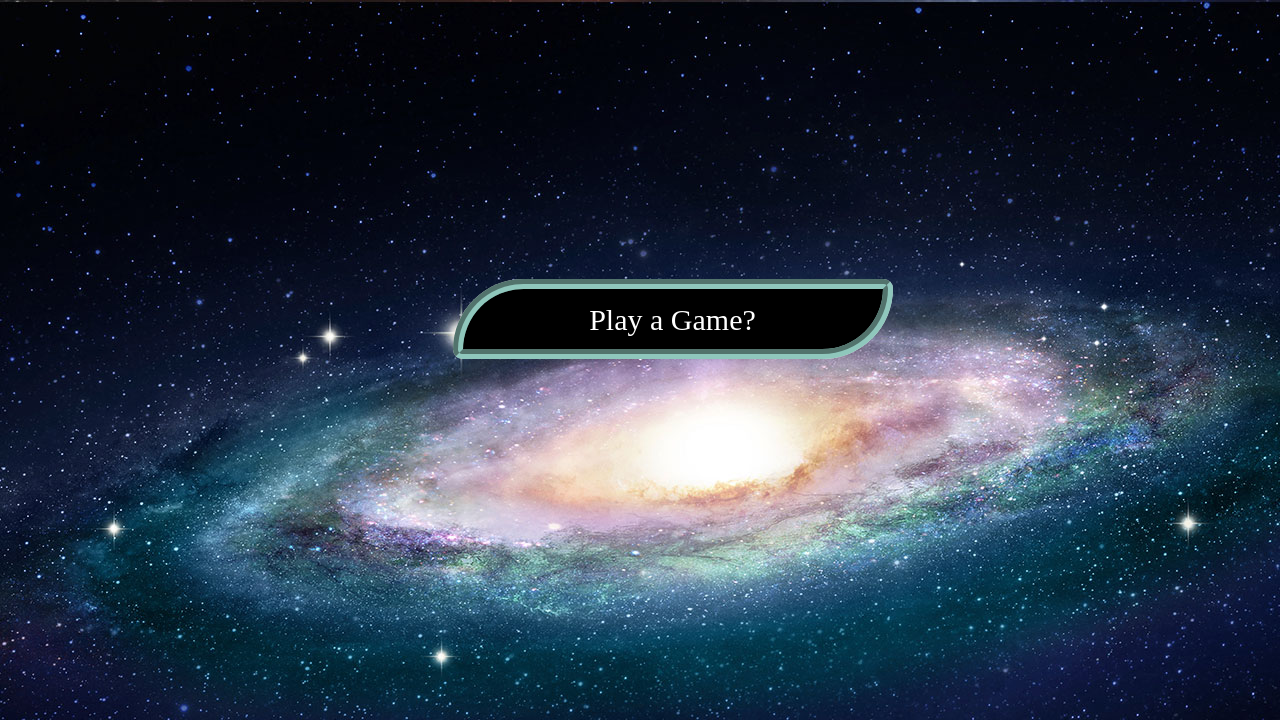
Repository: dsaftler/Trivia
Page: index.html
An editor plug-in stored every save of this project. The page is shown before and after the next save, followed by the edit.
The browser window is 1280 px wide. The pictures show the whole page.
Some web fonts or font styles are not loaded; a fallback is used.

Above is the page before, as saved 2019-04-13 18:27:11.

### index.html
<!DOCTYPE html>
<html lang="en">
<head>
  <meta charset="UTF-8">
  <meta name="viewport" content="width=device-width, initial-scale=1.0">
  <meta http-equiv="X-UA-Compatible" content="ie=edge">
   <link rel="stylesheet" href="assets/css/reset.css" type="text/css">
  <link rel="stylesheet" href="https://stackpath.bootstrapcdn.com/bootstrap/4.3.1/css/bootstrap.min.css"
    integrity="sha384-ggOyR0iXCbMQv3Xipma34MD+dH/1fQ784/j6cY/iJTQUOhcWr7x9JvoRxT2MZw1T" crossorigin="anonymous">
  <!-- <link href="https://fonts.googleapis.com/css?family=Cherry+Swash:700" rel="stylesheet"> -->
  <link href="https://fonts.googleapis.com/css?family=Baumans" rel="stylesheet">
  <link rel="stylesheet" href="assets/css/glowing.css">

  <!-- custom css -->
  <link rel="stylesheet" href="assets/css/style.css" type="text/css">

  <title>Trivia Game</title>
</head>
<body>
<div class="container">
  <div class="scoreElements">
   <div id="showWinsCnt"><span id="wins"></span></div>
   <div id="showLoseCnt"><span id="wrongs"></span></div>
   <div id="showMissCnt"><span id="misses"></span></div>
  </div>
  <div class='playElements'>
    <div class="showTimer"><span id="timer"></span></div>
    <div class="showQuestion"><span id="question"></span></div>
    <ul class=showAnswers>
    <li class="answers glowing cyan" id="answer0"><a href="#"></a></li>
    <li class="answers glowing darkblue" id="answer1"><a href="#"></a></li>
    <li class="answers glowing indigo"  id=" answer2"><a href="#"></a></li>
    <li class="answers glowing purple" id=" answer3"><a href="#"></a></li>
    </ul>
    <span class="tmyk clearfix">
      <div class="extra glowing darkblue"></div>
      <img class="image">
    </span>
  </div>
  <div class="bgButton">
  <button class="glowing cyan" id="newGame" onclick="initGame()">Play a Game?</button>
  </div>
  <!-- <button id="temp1" onclick="newQuestion()">Next Question?</button> -->
</div>

<!-- bootstrap scripts -->
<script src="https://code.jquery.com/jquery-3.3.1.slim.min.js"
  integrity="sha384-q8i/X+965DzO0rT7abK41JStQIAqVgRVzpbzo5smXKp4YfRvH+8abtTE1Pi6jizo" crossorigin="anonymous"></script>
<script src="https://cdnjs.cloudflare.com/ajax/libs/popper.js/1.14.7/umd/popper.min.js"
  integrity="sha384-UO2eT0CpHqdSJQ6hJty5KVphtPhzWj9WO1clHTMGa3JDZwrnQq4sF86dIHNDz0W1" crossorigin="anonymous"></script>
<script src="https://stackpath.bootstrapcdn.com/bootstrap/4.3.1/js/bootstrap.min.js"
  integrity="sha384-JjSmVgyd0p3pXB1rRibZUAYoIIy6OrQ6VrjIEaFf/nJGzIxFDsf4x0xIM+B07jRM" crossorigin="anonymous"></script>
<script src="assets/javascript/app.js"></script>


</body>
</html>

### assets/css/glowing.css
/*!
 * Glowing.css - a simple pure CSS to make PNG or anything glow!
 * https://github.com/topex-psy/Glowing.css
 *
 * Version: 1.0
 * Author: Taufik Nur Rahmanda (https://www.facebook.com/TopEx.Divine)
 * Github: https://github.com/topex-psy

 * Made available under a MIT License:
 * http://www.opensource.org/licenses/mit-license.php
 */

.glowing {
	-webkit-filter: drop-shadow(0 0 0 rgba(255,255,255,.8));
	-webkit-transition: all .2s linear;
	-moz-transition: all .2s linear;
	-o-transition: all .2s linear;
	transition: all .2s linear;
}
.glowing.red:hover { -webkit-filter: drop-shadow(0 0 8px rgba(255,153,153,1)); }
.glowing.orange:hover { -webkit-filter: drop-shadow(0 0 8px rgba(244,173,66,1)); }
.glowing.yellow:hover { -webkit-filter: drop-shadow(0 0 8px rgba(244,241,66,1)); }
.glowing.green:hover { -webkit-filter: drop-shadow(0 0 8px rgba(83,244,66,1)); }
.glowing.cyan:hover { -webkit-filter: drop-shadow(0 0 8px rgba(0,255,221,1)); }
.glowing.lightblue:hover { -webkit-filter: drop-shadow(0 0 8px rgba(0,231,255,1)); }
.glowing.blue:hover { -webkit-filter: drop-shadow(0 0 8px rgba(0,153,255,1)); }
.glowing.darkblue:hover { -webkit-filter: drop-shadow(0 0 8px rgba(0,63,255,1)); }
.glowing.indigo:hover { -webkit-filter: drop-shadow(0 0 8px rgba(167,66,244,1)); }
.glowing.purple:hover { -webkit-filter: drop-shadow(0 0 8px rgba(244,66,232,1)); }
.glowing.magenta:hover { -webkit-filter: drop-shadow(0 0 8px rgba(255,109,194,1)); }
.glowing.pink:hover { -webkit-filter: drop-shadow(0 0 8px rgba(255,137,184,1)); }

.and { }
.quickly { -webkit-transition:-webkit-transform .05s !important;-moz-transition:-moz-transform .05s !important;-o-transition:-o-transform .05s !important;transition:transform .05s !important; }
.rotating:hover { -ms-transform:matrix(1.1,0.2,-0.2,1.1,0,0);-webkit-transform:matrix(1.1,0.2,-0.2,1.1,0,0);transform:matrix(1.1,0.2,-0.2,1.1,0,0); }
.zooming:hover { -ms-transform: scale(1.1,1.1);-webkit-transform: scale(1.1,1.1);transform: scale(1.1,1.1); }

.disco:hover {
	-webkit-animation-duration: 2s;
	-webkit-animation-timing-function: ease-in-out;
	-webkit-animation-iteration-count: infinite;
	-webkit-animation-name: disco;
	animation-duration: 2s;
	animation-timing-function: ease-in-out;
	animation-iteration-count: infinite;
	animation-name: disco;
}
@-webkit-keyframes disco {
	0%    { -webkit-filter: drop-shadow(0 0 8px rgba(255,153,153,1)); }
	25%  { -webkit-filter: drop-shadow(0 0 8px rgba(244,241,66,1)); }
	50%  { -webkit-filter: drop-shadow(0 0 8px rgba(0,153,255,1)); }
	75%  { -webkit-filter: drop-shadow(0 0 8px rgba(244,66,232,1)); }
	100%    { -webkit-filter: drop-shadow(0 0 8px rgba(255,153,153,1)); }
}

### assets/css/style.css
html {
  height: 100%;
}
body {
  height: 100%;
  margin: 0;
  padding:0;
  background-color: black;

  margin: auto;
  align-content: center;
  font-family: 'Baumans', cursive;
  color:white;
  font-size: 24px;
  font-weight: bolder;
}
.container{
   height: 100%;
  margin: auto;
  background-image: url("../images/hubble.jpg");
  max-width: 1536px;
}
button{
  width:440px;
  height: 80px;
  margin: auto;
  margin-top: 15px;
  color:white;
  font-size: 30px;
  padding: 0px;
  background-color:black;
  border-color: #8fc7bc;
  border-style: groove;
  border-width: 10px;
  border-radius: 150px 20px;

}
.scoreElements{
align-content: center;
margin: auto;
width: 10%;
padding-top: 50px;
}
#wins{
  text-align:center;
}
.bgButton{
  align-content:center;
  margin:auto;
  width:30%;
}
.playElements{
  align-content: center;
  margin: auto;
  width: 75%;
  padding-top:70px;
}

ul li a {
  color: black;
  display: block;
  border-width: 3px;
  text-decoration: none;
  padding: 16px;
  width:50%
}

ul {
  list-style-type: circle;
}

li {
  display: block;
}

ul li a:hover {
  color: #332419;
  display: block;
  text-decoration: none;
}

li:hover {
  background-color:black;
}

.playElements {
  align-content: center;
  margin: auto;
  width: 75%;
  padding-top: 70px;
}
#Timer {
  font-size: 80px;
  font-weight: bolder;
}
.tmyk {
columns: count 2px;
}
.extra{
  clear: both;
  width:250px;
}
img{
  clear: both;
  float: right;
  max-width: 60%;
}

### assets/javascript/app.js
// Advanced game has a 30 second timer that counts down to 0 for each question !!!!!!!!!!!!  changed to 15 seconds
// If the timer is 0 OR  a wrong answer is chosen:
  // show the correct answer for 5 seconds
// display a new question
// restart the timer with no user interaction

// questions are contained in an array with question, array of answers, index of correct answer
// question shows in questionId
// "Correct"  or "Correct Answer" shows in answerId
// 4 possible answers show in 4 clickable buttons
// buttons have hover behavior
//  only one can be selected (by click)

// scores for Wins, Losses, and Unanswered are kept (correct, wrong, timer ==0)
// ask to play again in link
// click on play restarts the game without re-loading the page

var qArray =[];
var wins, wrongs, misses, seconds;
var correctAnswerId;
var timer;
var seconds;
var isNewGame = true;
var timerRunning=false;
var i;
var qArrayLength
var sayCorrect
var answerTime=10;
var displayInfoTime=300;
$(".answers").pointerEvents = "none";
$(document).ready(function () {
  //initGame();  // called by newGame button
  $(".answers").click(function() {
    stopTimer();
    $(".answers").css("pointer-events","none");
    //which answer did I click?
    var target = $(this).attr("id")
    for(let j = 0; j<4; j++) {
      jtarget = "answer" + j
      //console.log(jtarget)
      if (jtarget === target){
        if (j === correctAnswerId){
          showMe("win");
        } else {
          showMe("lose");
        }
      }
    }
  });
});


function initGame() {
  wins = 0;
  wrongs = 0;
  misses = 0;
  $(".scoreElements").hide();
  $(".playElements").hide();
  $(".answers.li").hide();
  // $("#showWinsCnt").hide();
  // $("#showLoseCnt").hide();
  // $("#showMissCnt").hide();
  $("#newGame").hide();
  loadQuestions();
  i = 0;
  newQuestion(i);
}

function newQuestion(i)
{
  console.log(i)
  if (i < qArrayLength){
    // show game pieces: question, answers
    $(".playElements").show();
    $("#timer").show();
    // $(".showQuestion").show();
    // $(".answers").show();
    $(".tmyk").hide();
    // $(".extra").hide();
    // $(".image").hide();
    // console.log(qArray[i]);
    q="Question "+(i+1)+":  "
    $("#question").text(q+(qArray[i].question));
    $("#answer0").text(qArray[i].ansArray[0]);
    //console.log(qArray[i].ansArray[0]);
    $("#answer1").text(qArray[i].ansArray[1]);
    $("#answer2").text(qArray[i].ansArray[2]);
    $("#answer3").text(qArray[i].ansArray[3]);
    correctAnswerId = qArray[i].correct;
    correctAnswer = qArray[i].ansArray[correctAnswerId]
    //console.log(qArray[i].ansArray[correctAnswerId]);
    info = qArray[i].extra;
    $(".answers").css("pointer-events", "auto");
    clearInterval(timer)
    seconds = answerTime;
    showTime();
    timer = setInterval(tick, 1000);
  } else {
    gameOver();
  }
}

function gameOver()
{
  $(".playElements").hide();
  // $("#timer").hide();
  // $(".showQuestion").hide();
  // $(".answers").hide();
  // $(".extra").hide();
  // $(".image").hide();
  $(".scoreElements").show();
  $("#showWinsCnt").text(wins + " Correct")
 // $("#showWinsCnt").show();

  $("#showLoseCnt").text( wrongs + " Wrong")
  //$("#showLoseCnt").show();

  $("#showMissCnt").text(  misses + " Time-Outs")
 // $("#showMissCnt").show();
  //$("#wins").text(wins);
  // $("#wrongs").text(wrongs);
  // $("#misses").text(misses);
  $("#newGame").text("Play Again?"); // calls initGame
  $("#newGame").show();
}


//  The decrement function.
function tick()
{
  seconds--;
  if (seconds < 0) {
    //  ...run the stop function.
    stopTimer()
    showMe("miss");
    return;
  }
  showTime();

}

function stopTimer()
{
  clearInterval(timer);
  $("#answers").pointerEvents="none";

}

//  Execute the run function.
function showTime()
{
 $("#timer").html("<h2>" + seconds + "</h2>");
 //console.log(seconds);
}
function showMe(result){
  switch (result){
    case "win":
      //alert("Correct");
      sayCorrect="Correct! "
      wins++;
      break;
    case "lose":
      //alert("Incorrect");
      sayCorrect = 'The correct answer was: '  + correctAnswer
      wrongs++
      break;
    case "miss":
      $("#timer").html("<h2>Timed-Out</h2>");
      sayCorrect= 'The answer was:  ' + correctAnswer
      misses++;
      break;
   }
  showExtra();
  setTimeout(displayPause, 1000 * displayInfoTime)

  }
function showExtra(){
  imgUrl = qArray[i].image
  $(".image").attr({"src":imgUrl, "alt": qArray[i].imageAlt});

  //console.log("<img src=" + qArray[i].image + ">");
  $(".extra").html(sayCorrect + "<br/>" + qArray[i].extra);
  $(".tmyk").show();
  //$(".extra").show();
  //$(".image").show();

}
function displayPause(){
  stopTimer();
  clearTimeout();
  i++;
  newQuestion(i)
}

function loadQuestions(){
qArray = [
    {
      question: "How many moons are in our Solar System?",
      correct: 3,
      ansArray: [25, 50, 97, 181],
      image: "assets/images/Moons_of_solar_system.jpg",
      imgAlt: "Moons of the solar system",
      extra: "These moons (also known as natural satellites) vary greatly in size and quantity per planet. For example, the largest moon is Jupiter’s Ganymede, and the smallest is Mar’s Deimos. Ganymede has a diameter of 3,273 miles, and Deimos has a diameter of 7 miles."

    },
    {
      question: "What percent of the universe is dark matter? (Plus or minus 2%.)",
      correct: 1,
      ansArray: ["15%", "27%", "50%", "80%"],
      image: "assets/images/darkmatter.png",
      imgAlt:"Dark matter web",
      extra: "The rest of the universe is around 68% dark energy, and less than 5% of the universe is made up of what we would consider ‘normal’ matter. This means that roughly 80% of the mass of the universe is made up of material we cannot see."
    },
    {
      question: "What is the most common type of star found in the Milky Way?",
      correct: 1,
      ansArray: ["Neutron stars", "Red dwarf stars", "Supernovae", "G-type"],
      image: "assets/images/Red-dwarf-infographic.jpg",
      imgAlt: "Types of Stars Infographic",
      extra: "Red dwarf stars make up an estimated ¾ of all stars found in the Milky Way. The surface temperature of red dwarf stars is less than 4,000 Kelvin, and they have a very low luminosity and therefore cannot be easily seen. In fact, from Earth not one red dwarf star can be seen with the naked eye. Since they develop very slowly and are constant for trillions of years, there are actually no advanced stars of this type in our galaxy because our galaxy is too young!"
    },
    {
      question: "What is the closest star to the Sun?",
      correct: 0,
      ansArray: ["Proxima Centauri", "Tau Ceti", "51 Pegasi", "Rigel"],
      image: "assets/images/proxima_centauri_main.jpg",
      imgAlt: "Proxima Centauri",
      extra: "Proxima Centauri is a red dwarf star located in Alpha Centauri system, which is in the Centaurus constellation. Alpha Centauri is actually a triple star system with Proxima Centauri being the closest to the sun. It is 4.24 light years away from the sun, and is not visible to the naked eye from Earth."
    },
    {
      question: "What has a gravitational pull so strong that even light cannot escape it?",
      correct: 2,
      ansArray: ["Quantum Gravity", "True Love", "Black Hole", "Worm Hole"],
      image: "assets/images/blackhole.jpg",
      imgAlt: "Black Hole",
      extra: "Black holes are one of the deadliest things in the universe. They are formed when a star with a mass more than three times that of our sun dies and collapses onto itself after an explosion called a supernova. Black holes can siphon the gas out of stars until they vanish. They can even break apart and swallow planets."
    },
    {
      question: "Which NASA space flight was the last manned mission to the moon?",
      correct: 3,
      ansArray: ["Gemini 12", "Skynet 1.0", "Apollo 13","Apollo 17"],
      image: "assets/images/moon-landing.jpg",
      imgAlt: "Moon Landing",
      extra: "Apollo 17 launched on December 7, 1972 as the first night launch done by NASA. It was also the final mission of NASA’s Apollo program. Apollo 17 was the last time humans traveled beyond low Earth orbit. The mission also boasted that at the time it had the longest moon landing, largest lunar samples, longest time in orbit, and the longest total moonwalks."
    },
    {
      question: "What is the longest continuous time a human has spent in space? (Plus or minus 20 days.)",
      correct: 2,
      ansArray: ["37 days", "189 days", "437 days", "682 days"],
      image: "assets/images/poljakov.jpg",
      imgAlt: "Portrait of Poljakov",
      extra: "This amounts to more than 14 months in space. This feat was accomplished by Valeri Polyakov, a Russian astronaut who stayed aboard the Mir space station from January 1994 to March 1995. When Polyakov retired he had over 678 cumulative days in space, and his combined space time was over 22 months."
    },
    {
      question: "How much time does sun rays take to reach earth?",
      correct: 2,
      ansArray: ["58 seconds", "3.5 minutes", "8 minutes", "14 minutes"],
      image: "assets/images/Earth_to_Sun.png",
      imgAlt: "Distance to the Sun",
      extra: "The speed of light in vacuum, commonly denoted c, is a universal physical constant important in many areas of physics. Its exact value is299,792,458 meters per second (approximately 300,000 km/s (186,000 mi/s))."
    },
    {
      question: "When will Halley’s Comet will be visible from Earth again?",
      correct: 2,
      ansArray: ["2024", "2039", "2061", "2101"],
      image: "assets/images/HalleysComet.jpg",
      imgAlt: "Haley's Comet",
      extra: "Halley's Comet is arguably the most famous comet. It is a ‘periodic’ comet and returns to Earth's vicinity about every 75 years, making it possible for a human to see it twice in his or her lifetime. The last time it was here was in 1986, and it is projected to return in 2061."
    },
    {
      question: "How long was the shortest space flight?",
      correct: 0,
      ansArray: ["15 minutes", "73 minutes", "4.5 hours", "3 days"],
      image: "assets/images/freedom7.jpg",
      imgAlt: "Freedom 7 launch",
      extra: "This occurred on May 5, 1961 when Alan Shepard achieved an altitude of 115 miles in NASA’s Freedom 7. He was also the first American in space. Shepard later went on to become the oldest person to walk on the surface of the moon. He achieved this in 1971 during the Apollo 14 mission. At the time, he was 47 years old."
    }
  ]
  qArrayLength=qArray.length;
  //console.log(qArray);
};

Loaded but not shown: assets/css/reset.css (no stored copy; drawn as an empty file)

After the next save:
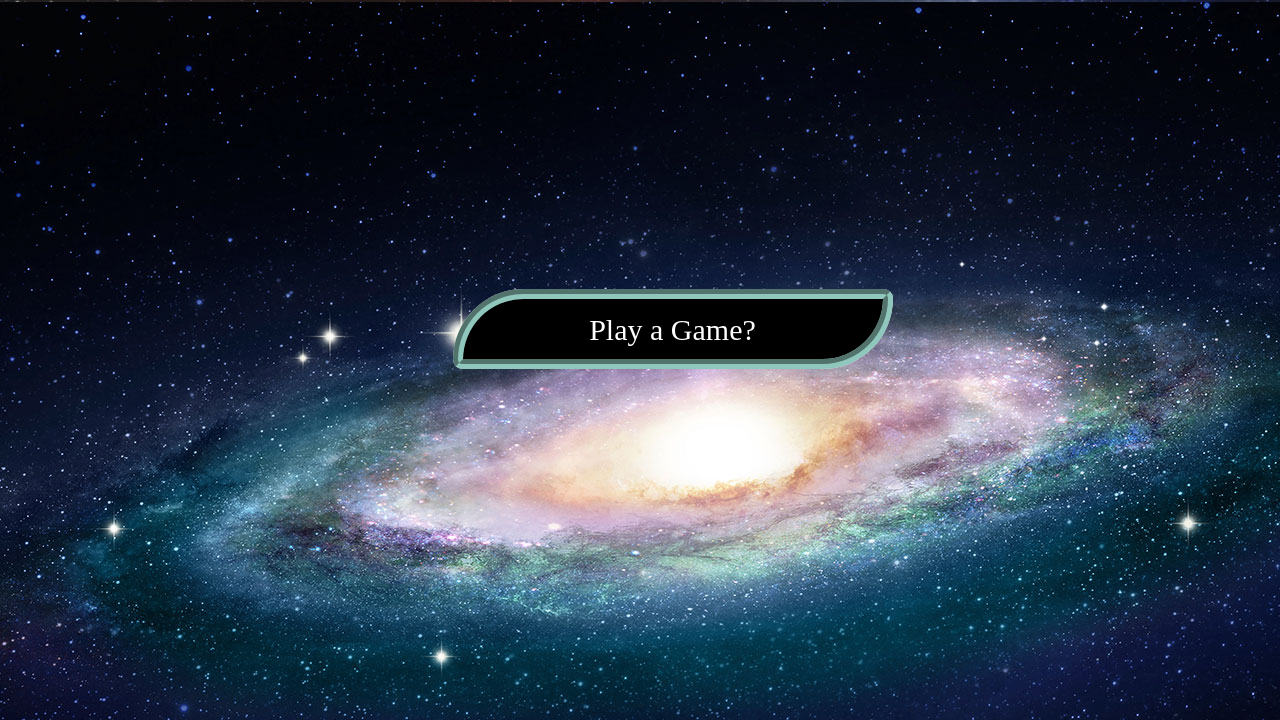
Saved 44 s later.
--- a/assets/css/style.css
+++ b/assets/css/style.css
@@ -94,11 +94,12 @@ li:hover {
   font-weight: bolder;
 }
 .tmyk {
-columns: count 2px;
+
 }
 .extra{
   clear: both;
   width:250px;
+  padding: 5px;
 }
 img{
   clear: both;
